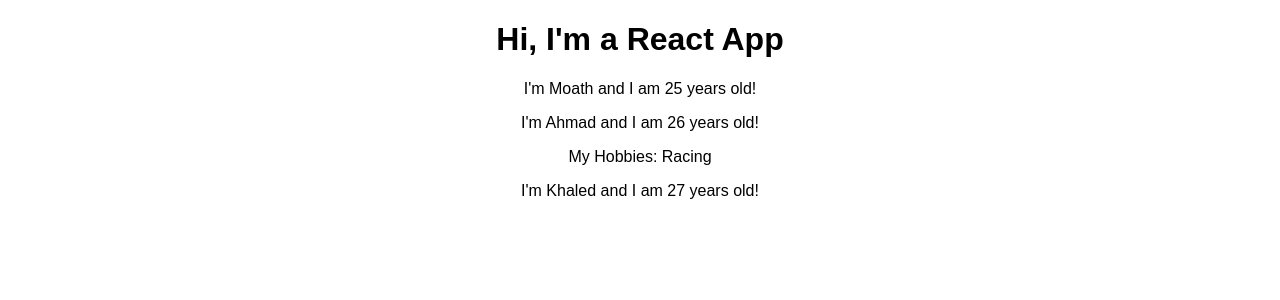
Repository: MuathYHKefayah/React-Basics
Page: /
An editor plug-in stored every save of this project. The page is shown before and after the next save, followed by the edit.
The browser window is 1280 px wide. The pictures show the whole page.
The project was rebuilt for these pictures with package versions that can differ from the ones it lists, and the page was loaded fresh each time.

Above is the page before, as saved 2020-12-10 11:31:31.

After the next save:
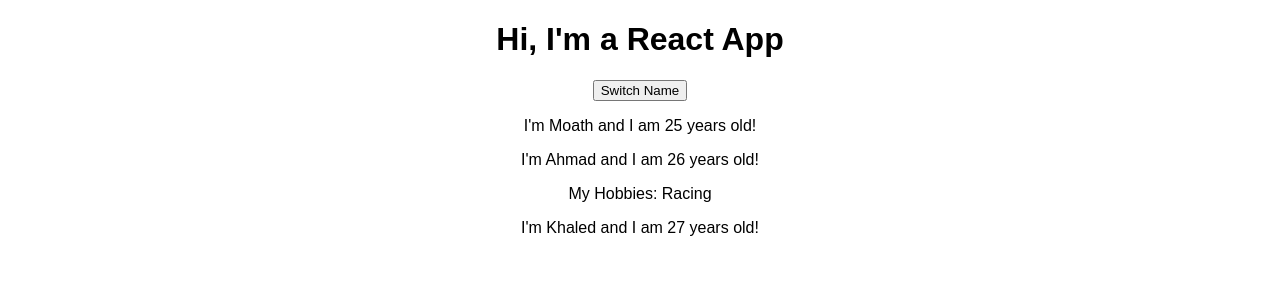
Saved 84 s later.
--- a/src/App.js
+++ b/src/App.js
@@ -8,6 +8,7 @@ class App extends Component {
       // jsx \\ write html code in js file
       <div className="App">
         <h1>Hi, I'm a React App</h1>
+        <button>Switch Name</button>
         <Person name="Moath" age="25"/>
         <Person name="Ahmad" age="26">My Hobbies: Racing</Person>
         <Person name="Khaled" age="27"/>
